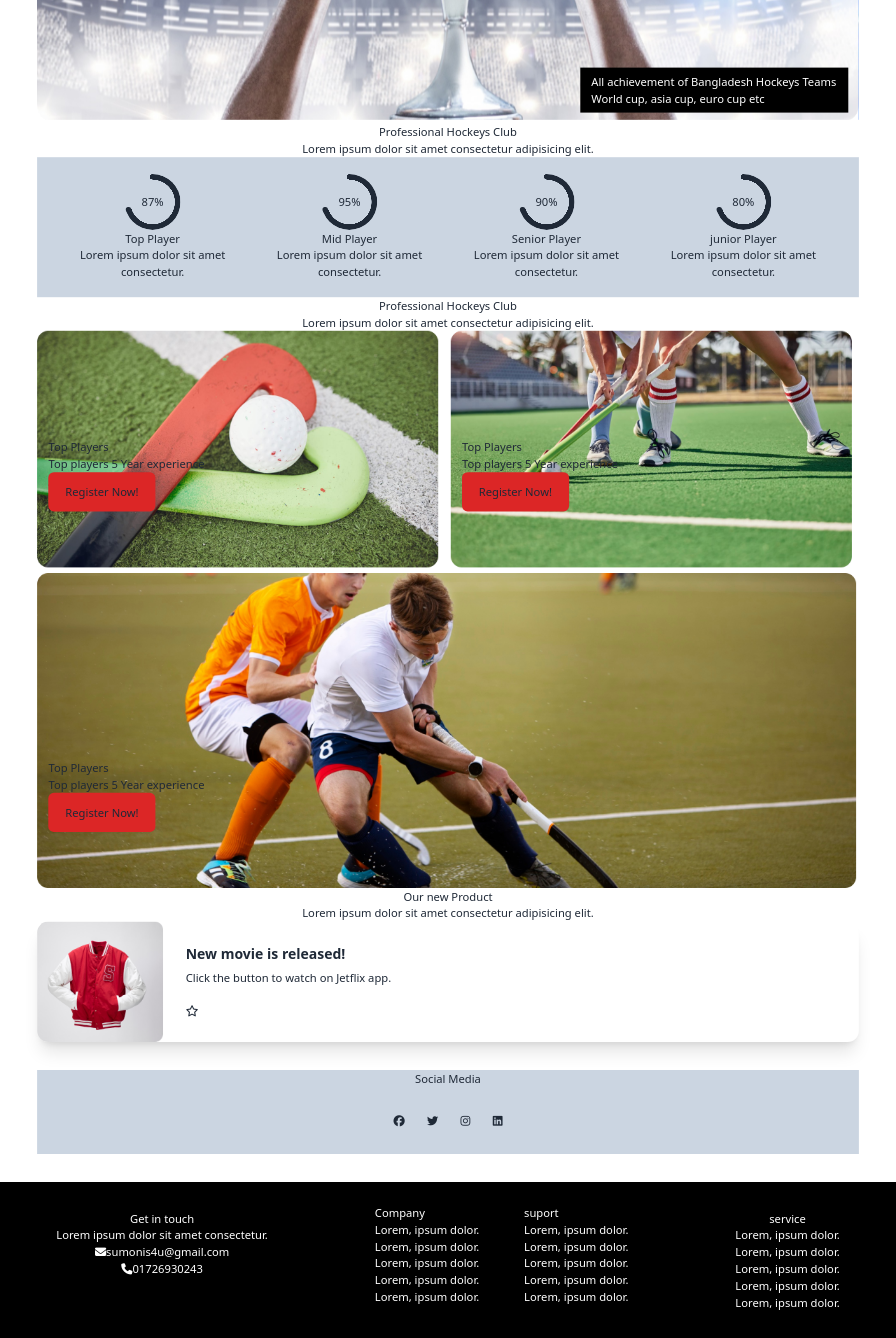
Repository: sumonkumarsarkar/bd-hockeys-team
Page: index.html
The author's editor kept a copy of each file at every save. The page is drawn from the files as they stood at one save, then again after the next save.
The browser window is 1280 px wide. The pictures show the part of the page from y = 662 to 2582 px (the page is 2574 px tall before and 2582 px after), at 70% of full size.
Some web libraries are served in a nearby version.

Above is the page before, as saved 2024-01-23 23:45:58.

After the next save:
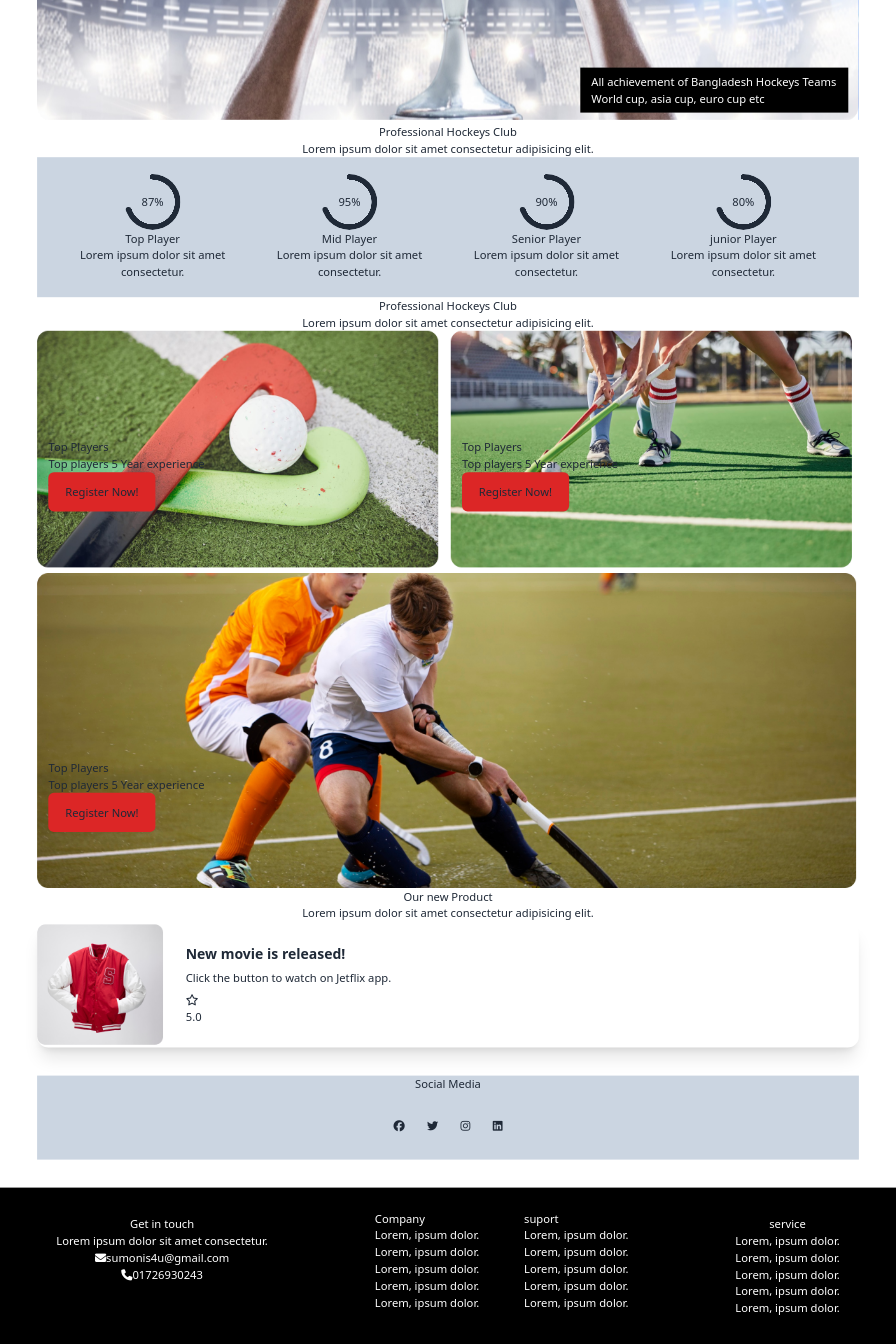
Saved 32 s later.
--- a/index.html
+++ b/index.html
@@ -206,7 +206,7 @@
       <h2 class="card-title">New movie is released!</h2>
       <p>Click the button to watch on Jetflix app.</p>
       <div>
-        <div><i class="fa-regular fa-star"></i></div>
+        <div><i class="fa-regular fa-star"></i><p>5.0</p></div>
 
       </div>
     </div>
